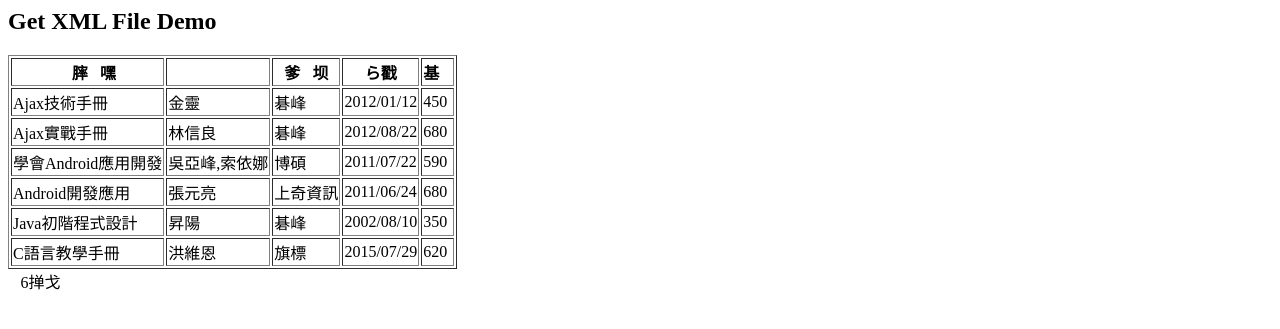
Repository: milkyeway/Ajax
Page: Ajax/src/main/webapp/m04/Fetchjson.html
These files come from the project's save history. The page is drawn as it stood at one moment and after the next save; the edit follows.
The browser window is 1280 px wide. The pictures show the whole page.

Above is the page before, as saved 2022-03-28 02:47:14.
Console error: TypeError: Cannot read properties of null (reading 'getElementsByTagName')

### Ajax/src/main/webapp/m04/Fetchjson.html
<h2>Get XML File Demo</h2>
<table border="1" id="demo"></table>
<script>
	var xhttp = new XMLHttpRequest();
	xhttp.onreadystatechange = function() {
		var xmlDoc = xhttp.responseXML;
		var txt = "<tr><th>膟嘿<th><th>爹坝<th>ら戳<th>基";
		var books = xmlDoc.getElementsByTagName("book");
		for (let i = 0; i < books.length; i++) {
			txt += "<tr>";
			titles = books[i].getElementsByTagName("title");
			txt += "<td>" + titles[0].firstChild.nodeValue;
			authors = books[i].getElementsByTagName("author");
			txt += "<td>" + authors[0].firstChild.nodeValue;
			publishers = books[i].getElementsByTagName("publisher");
			txt += "<td>" + publishers[0].firstChild.nodeValue;
			publishDates = books[i].getElementsByTagName("publishDate");
			txt += "<td>" + publishDates[0].firstChild.nodeValue;
			prices = books[i].getElementsByTagName("price");
			txt += "<td>" + prices[0].firstChild.nodeValue;
		}
		document.getElementById("demo").innerHTML = txt;
		var body = document.querySelector("body");
		var div = document.createElement("div");
		body.appendChild(div);
		div.innerHTML = "" + books.length + "掸戈";
	}

	xhttp.open("GET", "../res/book1.xml", true);
	xhttp.send();
</script>

After the next save:
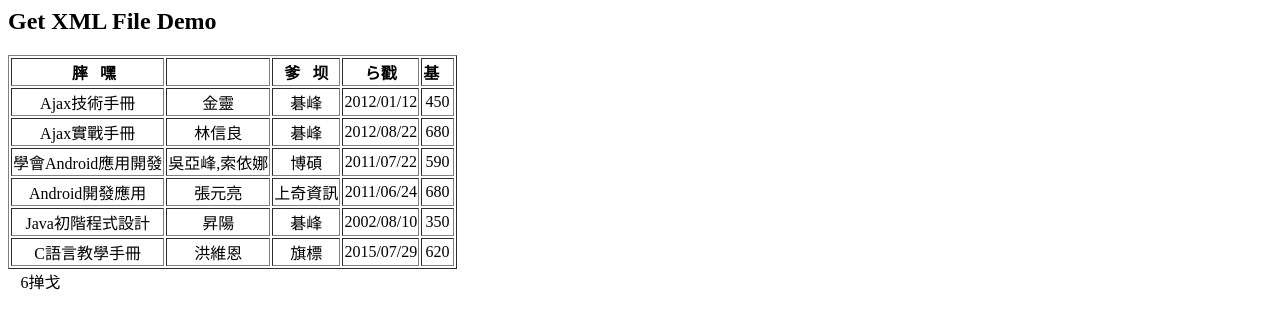
Saved 60 s later.
--- a/Ajax/src/main/webapp/m04/Fetchjson.html
+++ b/Ajax/src/main/webapp/m04/Fetchjson.html
@@ -1,5 +1,10 @@
 <h2>Get XML File Demo</h2>
 <table border="1" id="demo"></table>
+<style>
+	th,td{
+		text-align: center;
+	}
+</style>
 <script>
 	var xhttp = new XMLHttpRequest();
 	xhttp.onreadystatechange = function() {
